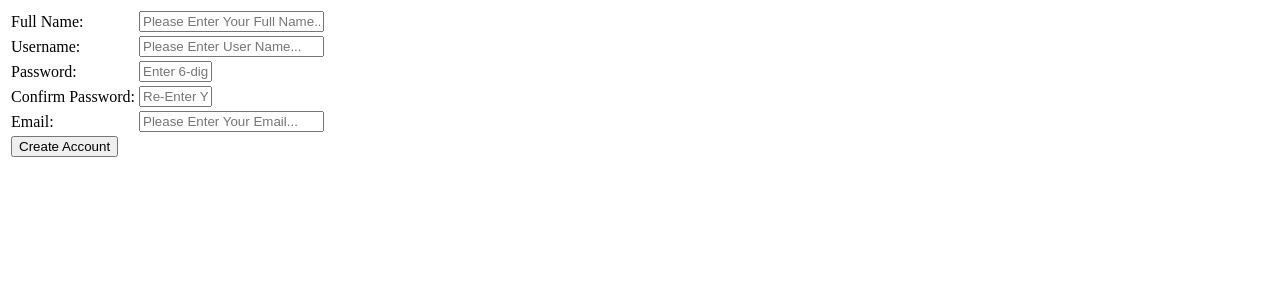
Repository: LingWenXing/java-fundamentals
Page: BankApplicationSystem/src/main/webapp/signUpPage.html
These files come from the project's save history. The page is drawn as it stood at one moment and after the next save; the edit follows.
The browser window is 1280 px wide. The pictures show the whole page.

Above is the page before, as saved 2022-04-15 04:47:18.

After the next save:
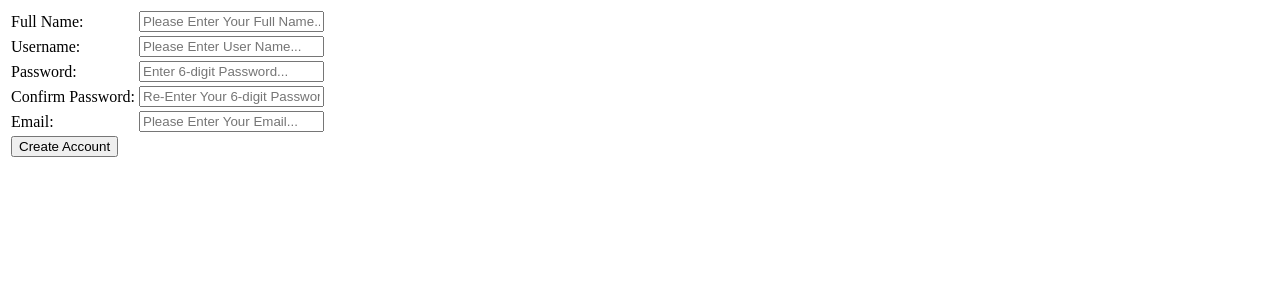
Saved 3 min 48 s later.
--- a/BankApplicationSystem/src/main/webapp/signUpPage.html
+++ b/BankApplicationSystem/src/main/webapp/signUpPage.html
@@ -9,23 +9,23 @@
 		<table>
 			<tr>
 				<td>Full Name: </td>
-				<td><input type="text" name="name" placeholder="Please Enter Your Full Name..."></td>
+				<td><input type="text" name="name" placeholder="Please Enter Your Full Name..." required></td>
 			</tr>
 			<tr>
 				<td>Username: </td>
-				<td><input type="text" name="username" placeholder="Please Enter User Name..."></td>
+				<td><input type="text" name="username" placeholder="Please Enter User Name..." required></td>
 			</tr>
 			<tr>
 				<td>Password: </td>
-				<td><input type="password" name="password" size='6' placeholder="Enter 6-digit Password..."></td>
+				<td><input type="password" name="password" maxlength='6' placeholder="Enter 6-digit Password..." required></td>
 			</tr>
 			<tr>
 				<td>Confirm Password: </td>
-				<td><input type="password" name="cpassword" size='6' placeholder="Re-Enter Your 6-digit Password..."></td>
+				<td><input type="password" name="cpassword" maxlength='6' placeholder="Re-Enter Your 6-digit Password..." required></td>
 			</tr>
 			<tr>
 				<td>Email: </td>
-				<td><input type="text" name="email" placeholder="Please Enter Your Email..."></td>
+				<td><input type="text" name="email" placeholder="Please Enter Your Email..." required></td>
 			</tr>
 			<tr>
 				<td><input type="submit" value="Create Account"></td>
